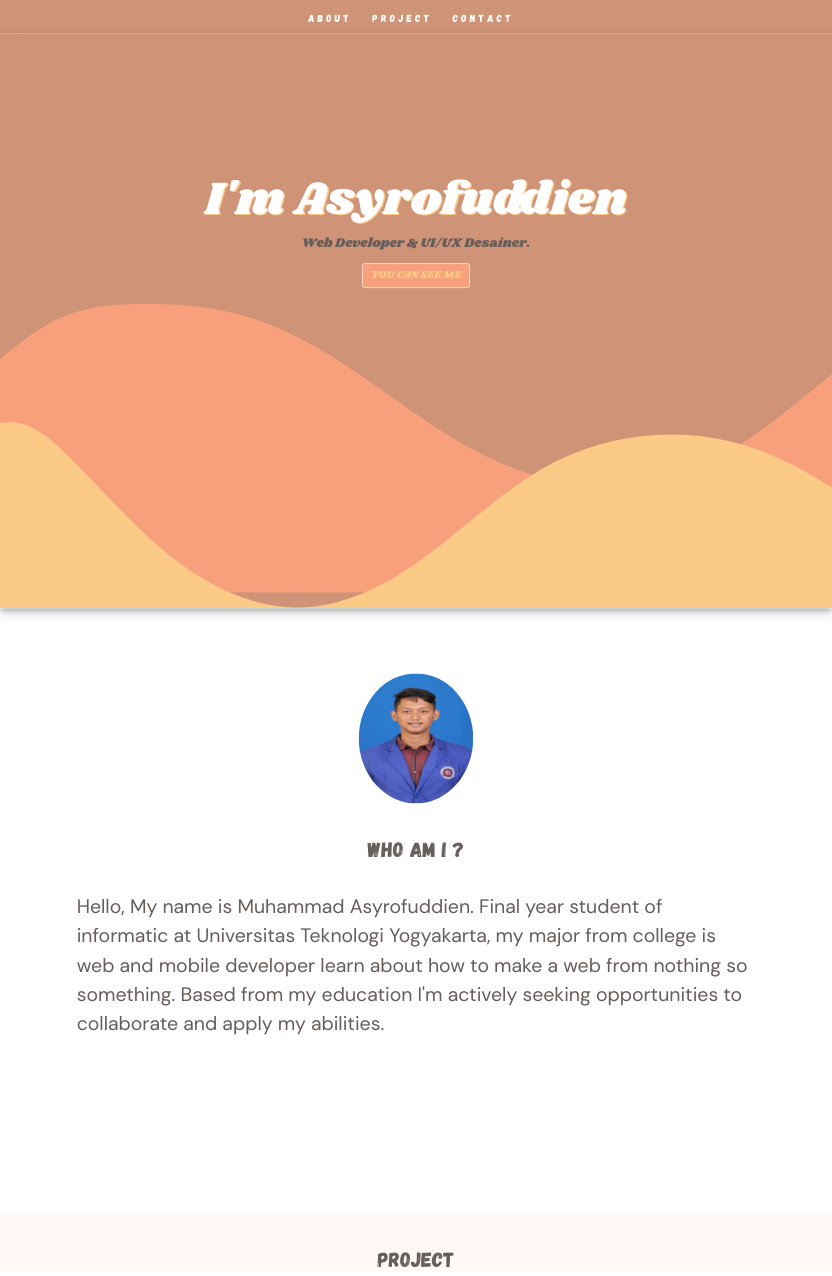
Repository: zetta-muhammad-asyrofuddien/Html-Css-ZettaCAmp
Page: Day1/Portofolio/index.html
These files come from the project's save history. The page is drawn as it stood at one moment and after the next save; the edit follows.
The browser window is 1280 px wide. The pictures show the whole page, at 65% of full size.

Above is the page before, as saved 2023-07-07 01:27:55.

After the next save:
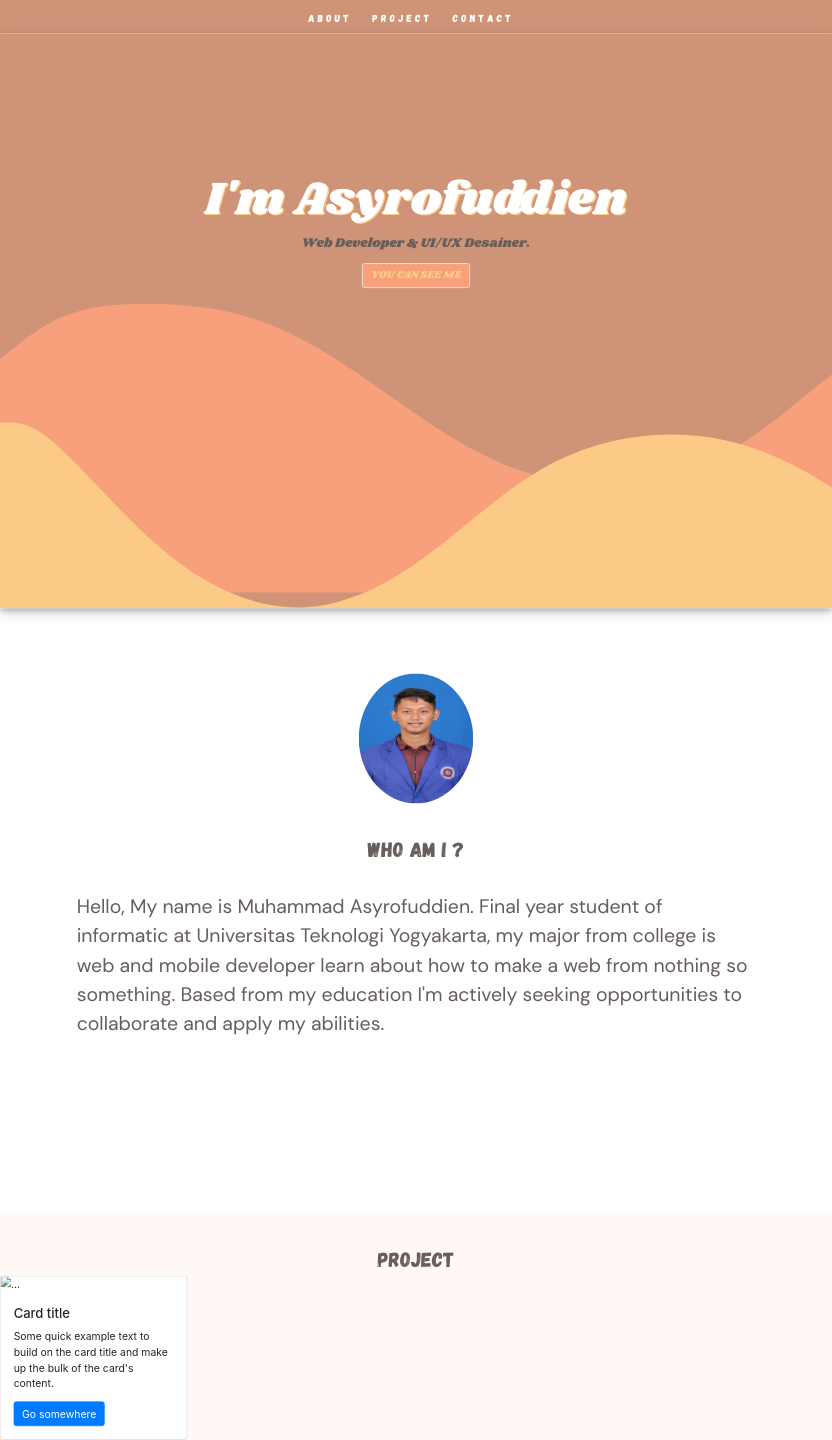
Not found: Day1/Portofolio/...
Saved 32 s later.
--- a/Day1/Portofolio/index.html
+++ b/Day1/Portofolio/index.html
@@ -65,6 +65,14 @@
       <div>
         <h2 class="text-center pt-5">Project</h2>
       </div>
+      <div class="card" style="width: 18rem">
+        <img src="..." class="card-img-top" alt="..." />
+        <div class="card-body">
+          <h5 class="card-title">Card title</h5>
+          <p class="card-text">Some quick example text to build on the card title and make up the bulk of the card's content.</p>
+          <a href="#" class="btn btn-primary">Go somewhere</a>
+        </div>
+      </div>
     </section>
     <!-- Akhir Project -->
     <script src="https://cdn.jsdelivr.net/npm/@popperjs/core@2.11.6/dist/umd/popper.min.js" integrity="sha384-oBqDVmMz9ATKxIep9tiCxS/Z9fNfEXiDAYTujMAeBAsjFuCZSmKbSSUnQlmh/jp3" crossorigin="anonymous"></script>

After the save that followed:
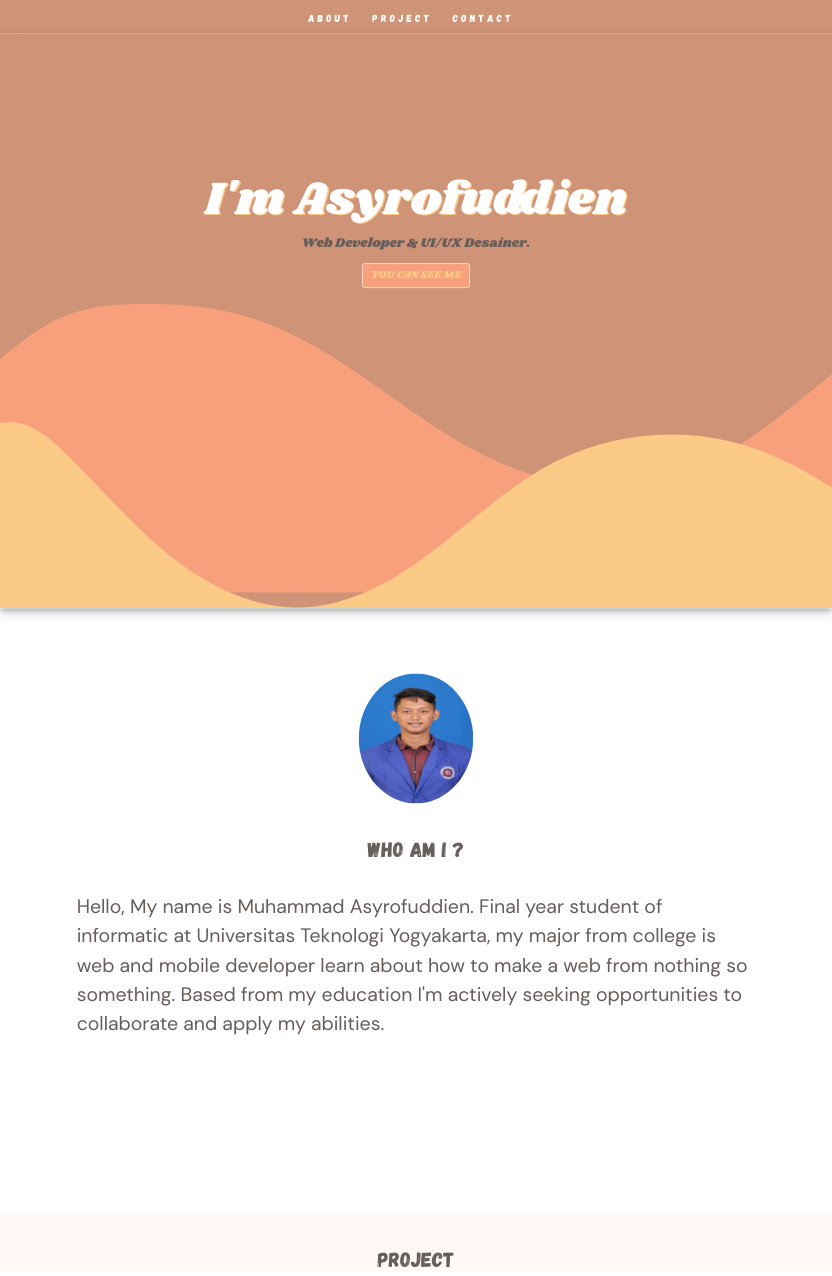
Saved 14 s later.
--- a/Day1/Portofolio/index.html
+++ b/Day1/Portofolio/index.html
@@ -62,17 +62,7 @@
     <!-- Akhir About -->
     <!-- Project -->
     <section class="project">
-      <div>
-        <h2 class="text-center pt-5">Project</h2>
-      </div>
-      <div class="card" style="width: 18rem">
-        <img src="..." class="card-img-top" alt="..." />
-        <div class="card-body">
-          <h5 class="card-title">Card title</h5>
-          <p class="card-text">Some quick example text to build on the card title and make up the bulk of the card's content.</p>
-          <a href="#" class="btn btn-primary">Go somewhere</a>
-        </div>
-      </div>
+      <h2 class="text-center pt-5">Project</h2>
     </section>
     <!-- Akhir Project -->
     <script src="https://cdn.jsdelivr.net/npm/@popperjs/core@2.11.6/dist/umd/popper.min.js" integrity="sha384-oBqDVmMz9ATKxIep9tiCxS/Z9fNfEXiDAYTujMAeBAsjFuCZSmKbSSUnQlmh/jp3" crossorigin="anonymous"></script>
